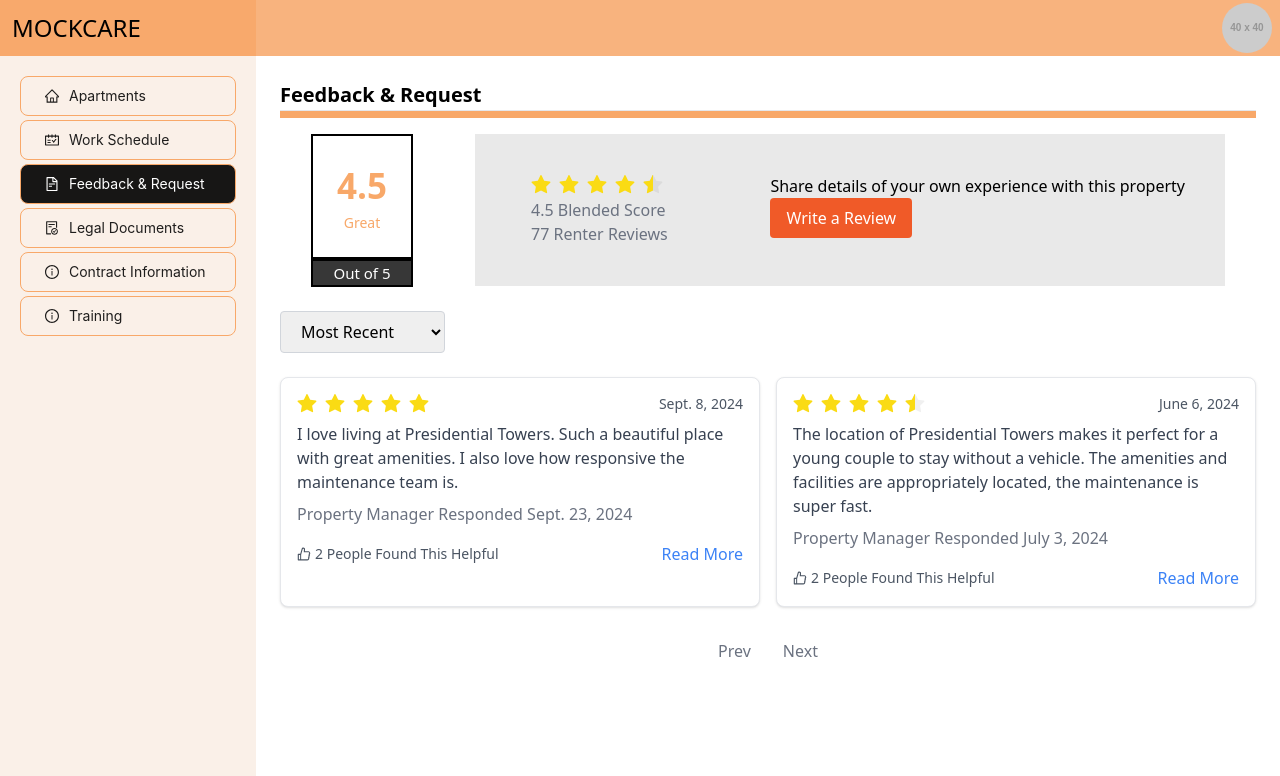
Repository: dunh-real/MockProject_102024_Nhom4
Page: / (app in frontend/)
These files come from the project's save history. The page is drawn as it stood at one moment and after the next save; the edit follows.
The browser window is 1280 px wide. The pictures show the whole page.
The project was rebuilt for these pictures with package versions that can differ from the ones it lists, and the page was loaded fresh each time. Also part of the build but not shown: frontend/vite.config.js, frontend/vite.config.ts, frontend/src/App.css, frontend/src/component/ReviewModal.tsx.

Above is the page before, as saved 2024-10-09 13:23:13.

### frontend/src/App.tsx

import './App.css'
import ReviewList from './pages/Feedback&Request/Feedback&Request'
// import LoginForm from './pages/Login/Login'

function App() {


  return (
    <>
      {/* <LoginForm/> */}
      <ReviewList/>
    </>
  )
}

export default App

### frontend/src/pages/Feedback&Request/Feedback&Request.tsx
import React, { useState } from 'react';
import { Rate } from 'antd'; // Dùng Antd cho Rate, có thể thay thế bằng biểu tượng của Tailwind nếu cần
import { LikeOutlined } from '@ant-design/icons';
import ReviewModal from '../../component/ReviewModal';
import Sidebar from '../../component/Sidebar';

interface Review {
    date: string;
    rating: number;
    text: string;
    managerResponse: string;
    helpfulCount: number;
}

const reviews: Review[] = [
    {
        date: 'Sept. 8, 2024',
        rating: 5,
        text: 'I love living at Presidential Towers. Such a beautiful place with great amenities. I also love how responsive the maintenance team is.',
        managerResponse: 'Property Manager Responded Sept. 23, 2024',
        helpfulCount: 2,
    },
    {
        date: 'June 6, 2024',
        rating: 4.5,
        text: 'The location of Presidential Towers makes it perfect for a young couple to stay without a vehicle. The amenities and facilities are appropriately located, the maintenance is super fast.',
        managerResponse: 'Property Manager Responded July 3, 2024',
        helpfulCount: 2,
    },
];

const ReviewList: React.FC = () => {
    const [showModal, setShowModal] = useState<boolean>(false);
    const [page, setPage] = useState<number>(1);

    const handlePageChange = (page: number) => {
        setPage(page);
    };

    const handleSortChange = (value: string) => {
        console.log(`Sort by: ${value}`);
    };

    return (
        <div className=" min-h-screen  bg-gray-50">
            <div className='flex  bg-[#f8a769d9]  justify-between items-center'>
                <div className=' bg-[#f8a769d9] p-3 w-1/5'>
                    <h1 className='text-2xl'>MOCKCARE</h1>
                </div>
                <div className="flex  justify-end">
                    <img
                        src="https://via.placeholder.com/40"
                        alt="Avatar"
                        className="rounded-full w-[50px] h-[50px] mr-2"
                    />
                </div>
            </div>
            <div className="flex">
                <Sidebar />
                <div className="w-4/5 p-6 bg-white">
                    <div className='mb-4'>
                        <h2 className='text-[20px] font-bold'>Feedback & Request</h2>
                        <hr className='h-[8px] bg-[#F8A869]' />
                    </div>
                    <div className="flex  justify-around items-center mb-6">
                        <div className="flex flex-col   items-center">
                            <div className=" text-center text-[#F8A869] border-black border-2  p-6 ">
                                <div className=''>
                                    <p className="text-[35px] font-bold">4.5</p>
                                    <p className="text-sm text-[27px]">Great</p>
                                </div>

                            </div>
                            <div className="text-xs w-full border-black border-2 bg-[#000000c8]">
                                <p className='text-white p-1 text-[15px] text-center'>Out of 5</p>
                            </div>
                        </div>
                        <div className='bg-[#d9d9d995] flex justify-between'
                         style={{ width: '100%', maxWidth: '750px', padding:40}}
                        >
                            <div className="ml-4 ">
                                <Rate allowHalf defaultValue={4.5} disabled />
                                <div className="text-gray-500">4.5 Blended Score</div>
                                <div className="text-gray-500">77 Renter Reviews</div>
                            </div>
                            <div>
                                <p>Share details of your own experience
                                with this property</p>
                                <button
                                    onClick={() => setShowModal(true)}
                                    className="bg-[#f05a28] text-white px-4 py-2 rounded hover:bg-[#f25f30]"
                                >
                                    Write a Review
                                </button>
                            </div>
                        </div>
                    </div>
                    <div className="mb-6 flex justify-between">
                        <select
                            onChange={(e) => handleSortChange(e.target.value)}
                            className="border border-gray-300 rounded px-4 py-2"
                        >
                            <option value="recent">Most Recent</option>
                            <option value="highest">Highest Rating</option>
                            <option value="lowest">Lowest Rating</option>
                        </select>
                    </div>
                    <div className="grid grid-cols-1 md:grid-cols-2 gap-4">
                        {reviews.slice((page - 1) * 2, page * 2).map((review, index) => (
                            <div key={index} className="p-4 border border-gray-200 rounded-lg bg-white shadow">
                                <div className="flex justify-between items-center mb-2">
                                    <Rate allowHalf defaultValue={review.rating} disabled />
                                    <span className="text-sm text-gray-600">{review.date}</span>
                                </div>
                                <p className="text-gray-700">{review.text}</p>
                                <p className="text-gray-500 mt-2">{review.managerResponse}</p>
                                <div className="flex justify-between items-center mt-4">
                                    <div className="flex items-center text-sm text-gray-600">
                                        <LikeOutlined className="mr-1" />
                                        {review.helpfulCount} People Found This Helpful
                                    </div>
                                    <button className="text-blue-500">Read More</button>
                                </div>
                            </div>
                        ))}
                    </div>
                    <div className="flex justify-center mt-6">
                        <button
                            onClick={() => handlePageChange(page - 1)}
                            className="px-4 py-2 text-gray-500"
                            disabled={page === 1}
                        >
                            Prev
                        </button>
                        <button
                            onClick={() => handlePageChange(page + 1)}
                            className="px-4 py-2 text-gray-500"
                        >
                            Next
                        </button>
                    </div>
                </div>
            </div>
            {showModal && <ReviewModal setShowModal={setShowModal} />}
        </div>
    );
};

export default ReviewList;

### frontend/src/component/Sidebar.tsx
import { Menu } from 'antd';
import { HomeOutlined, ScheduleOutlined, FileTextOutlined, FileDoneOutlined, InfoCircleOutlined } from '@ant-design/icons';

const Sidebar = () => {
  return (
    <div style={{ width: '20%', minHeight: '100vh', backgroundColor: '#FAF0E8', padding: '1rem' }}>
      <Menu
        defaultSelectedKeys={['feedback']}
        mode="inline"
        style={{ backgroundColor: '#FAF0E8', borderRight: 0 }}
      >
        <Menu.Item
          key="apartments"
          icon={<HomeOutlined />}
          style={{
            padding: '12px 24px',
            border:1, borderStyle:'solid', borderColor:'#F8A869'
          }}
        >
          Apartments
        </Menu.Item>
        <Menu.Item
          key="schedule"
          icon={<ScheduleOutlined />}
          style={{
            padding: '12px 24px',
            border:1, borderStyle:'solid', borderColor:'#F8A869'
          }}
        >
          Work Schedule
        </Menu.Item>
        <Menu.Item
          key="feedback"
          icon={<FileTextOutlined />}
          style={{
            backgroundColor: '#171615',
            color: 'white',
            padding: '12px 24px',
            border:1, borderStyle:'solid', borderColor:'#F8A869'
          }}
        >
          Feedback & Request
        </Menu.Item>
        <Menu.Item
          key="legal"
          icon={<FileDoneOutlined />}
          style={{
            padding: '12px 24px',
            border:1, borderStyle:'solid', borderColor:'#F8A869'
          }}
        >
          Legal Documents
        </Menu.Item>
        <Menu.Item
          key="contract"
          icon={<InfoCircleOutlined />}
          style={{
            padding: '12px 24px',
            border:1, borderStyle:'solid', borderColor:'#F8A869'
          }}
        >
          Contract Information
        </Menu.Item>
        <Menu.Item
          key="training"
          icon={<InfoCircleOutlined />}
          style={{
            padding: '12px 24px',
            border: 1, borderStyle: 'solid', borderColor: '#F8A869'
          }}
        >
          Training
        </Menu.Item>
      </Menu>
    </div>
  );
};

export default Sidebar;

Loaded but not shown: frontend/index.html (common file); frontend/src/main.jsx (common file); frontend/src/index.css (common file); frontend/tailwind.config.js (common file)

After the next save:
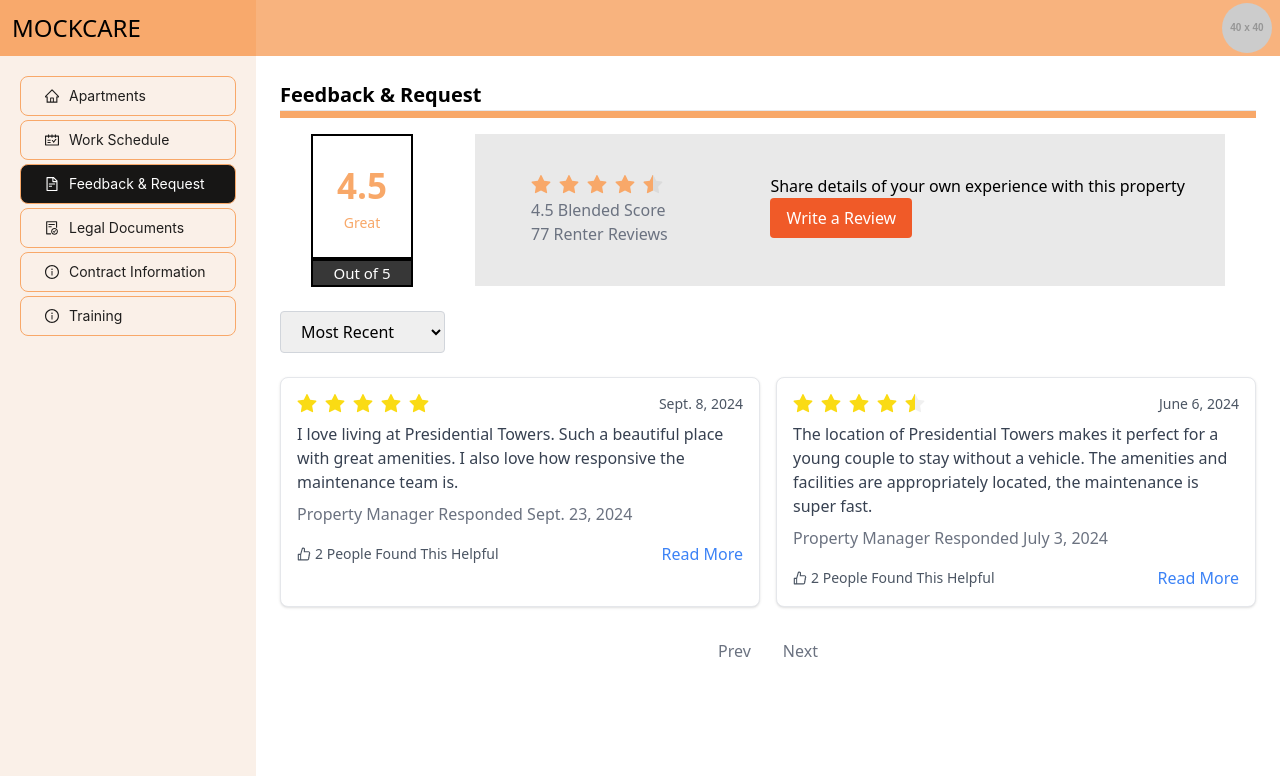
Saved 28 s later.
--- a/frontend/src/pages/Feedback&Request/Feedback&Request.tsx
+++ b/frontend/src/pages/Feedback&Request/Feedback&Request.tsx
@@ -79,7 +79,7 @@ const ReviewList: React.FC = () => {
                          style={{ width: '100%', maxWidth: '750px', padding:40}}
                         >
                             <div className="ml-4 ">
-                                <Rate allowHalf defaultValue={4.5} disabled />
+                                <Rate allowHalf defaultValue={4.5} disabled style={{color:'#F8A869'}} />
                                 <div className="text-gray-500">4.5 Blended Score</div>
                                 <div className="text-gray-500">77 Renter Reviews</div>
                             </div>
